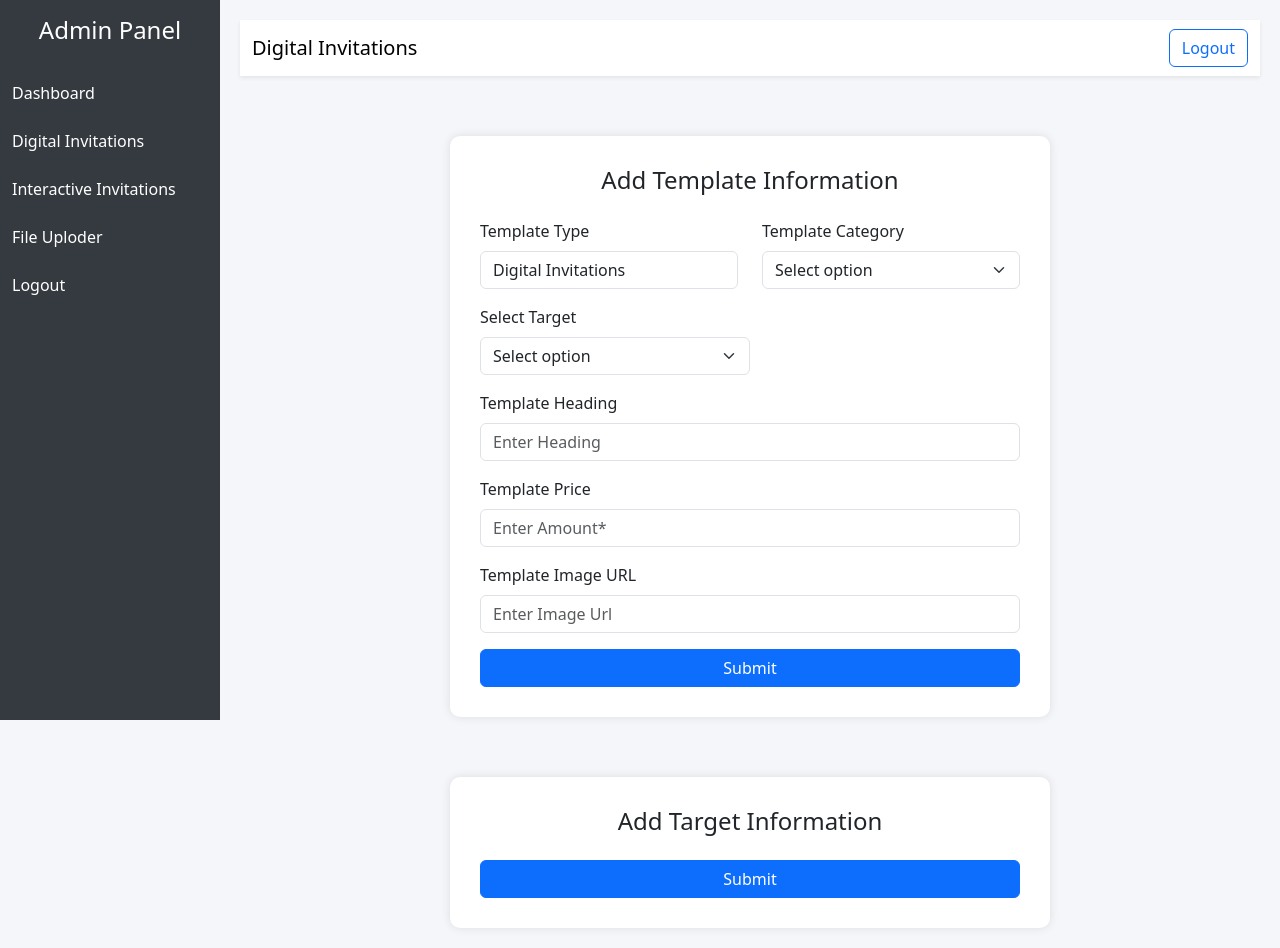
Repository: viraj7551/Flying-Invite-Project
Page: http://localhost/Admin03/digital_invitation.jsp
These files come from the project's save history. The page is drawn as it stood at one moment and after the next save; the edit follows.
The browser window is 1280 px wide. The pictures show the whole page.
Some web fonts or font styles are not loaded; a fallback is used. The page is served by Tomcat 9.

Above is the page before, as saved 2026-03-21 10:30:10.

After the next save:
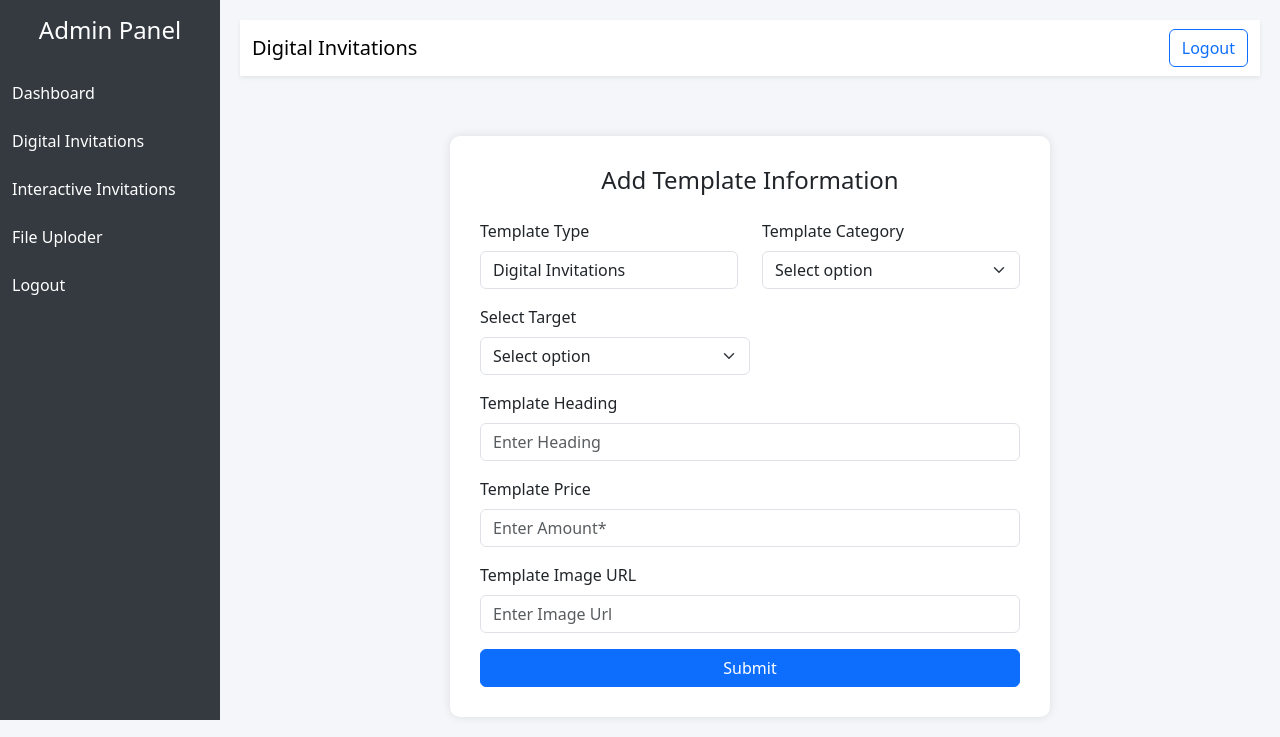
Saved 11 s later.
--- a/Admin03/WebContent/digital_invitation.jsp
+++ b/Admin03/WebContent/digital_invitation.jsp
@@ -214,31 +214,6 @@ Submit
  <!-- ------------------ Form ends here -->
 
 
-
- <!-- -------------------- Form 2 starts here -->
-
-<div class="container">
-<div class="form-container">
-<h4 class="mb-4 text-center">Add Target Information</h4>
-<form method="POST" action="/Invitations">
-<div class="row">
-
-</div>
-
-<div class="d-grid">
-<button type="submit" class="btn btn-primary">
-Submit
-</button>
-</div>
-
-</form>
-</div>
-</div>
-
-
- <!-- ---------------------Form 2 ends here -->
-
-
 </div>
 
 <script>
